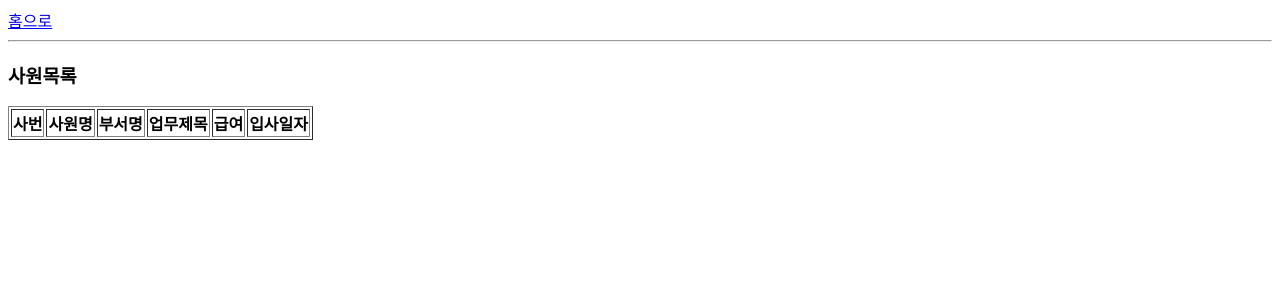
Repository: linklifejo/study_web
Page: http://localhost/servlet03/emp_list.do
An editor plug-in stored every save of this project. The page is shown before and after the next save, followed by the edit.
The browser window is 1280 px wide. The pictures show the whole page.
The page is served by Tomcat 9. Other server files are loaded and not shown.

Above is the page before, as saved 2023-02-09 02:46:53.

### servlet03/src/main/webapp/employee/list.jsp
<%@ page language="java" contentType="text/html; charset=UTF-8"
    pageEncoding="UTF-8"%>
<%@ taglib uri="http://java.sun.com/jsp/jstl/core" prefix="c"%>

<!DOCTYPE html>
<html>
<head>
<meta charset="UTF-8">
<title>Insert title here</title>
</head>
<body>
<a href='<c:url value="/"/>'>홈으로</a>
<hr>
<h3>사원목록</h3>
<table border='1'>
<tr><th>사번</th>
	<th>사원명</th>
	<th>부서명</th>
	<th>업무제목</th>
	<th>급여</th>
	<th>입사일자</th>
</tr>
</table>
</body>
</html>

### servlet03/src/main/java/controller/TestController.java
package controller;

import java.io.IOException;

import javax.servlet.RequestDispatcher;
import javax.servlet.ServletException;
import javax.servlet.annotation.WebServlet;
import javax.servlet.http.HttpServlet;
import javax.servlet.http.HttpServletRequest;
import javax.servlet.http.HttpServletResponse;

import command.FirstCommand;

@WebServlet("*.do")
public class TestController extends HttpServlet {
	private static final long serialVersionUID = 1L;

	protected void service(HttpServletRequest request, HttpServletResponse response) throws ServletException, IOException {

		String uri = request.getRequestURI();
		String path = request.getContextPath();
		uri = uri.substring( path.length() );

		if( uri.equals("/emp_list.do") ) { //사원목록조회
			//비니지스로직

			//응답화면연결
			request.getRequestDispatcher("employee/list.jsp").forward(request, response);

		}else if( uri.equals("/test.do") ) { //조회테스트
			//비지니스로직
			//DB에서 데이터를 조회해온다: DB연결 - 조회메소드호출
			new FirstCommand().execute(request, response);

			//응답할 화면연결
			RequestDispatcher rd = request.getRequestDispatcher("test.jsp");
			rd.forward(request, response);
		}

	}

}

After the next save:
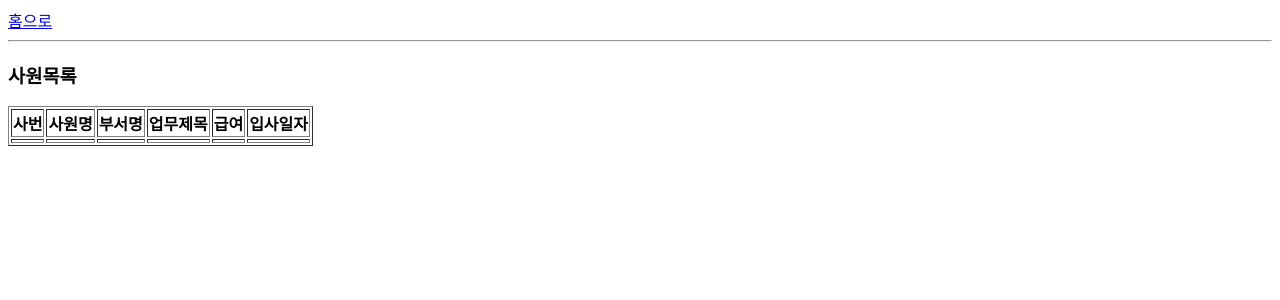
Saved 72 s later.
--- a/servlet03/src/main/webapp/employee/list.jsp
+++ b/servlet03/src/main/webapp/employee/list.jsp
@@ -20,6 +20,13 @@
 	<th>급여</th>
 	<th>입사일자</th>
 </tr>
+<tr><td></td>
+	<td></td>
+	<td></td>
+	<td></td>
+	<td></td>
+	<td></td>
+</tr>
 </table>
 </body>
 </html>
